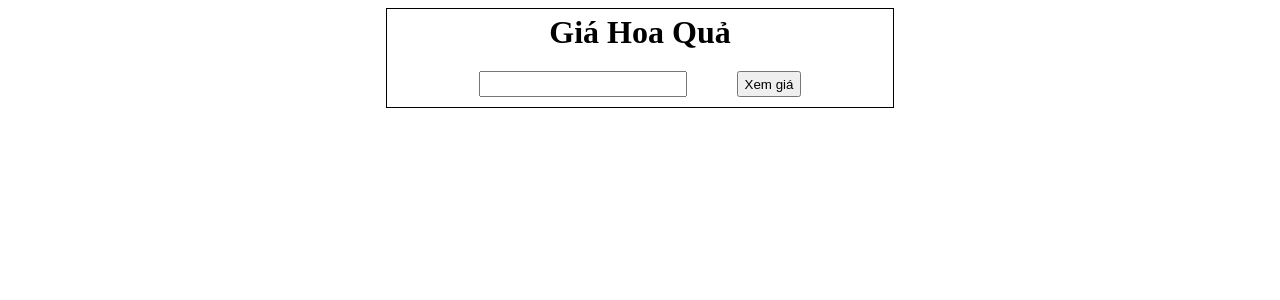
Repository: tungts3qb/BTCodeGym
Page: giahoaqua.html
The author's editor kept a copy of each file at every save. The page is drawn from the files as they stood at one save, then again after the next save.
The browser window is 1280 px wide. The pictures show the whole page.

Above is the page before, as saved 2023-01-04 11:43:57.

After the next save:
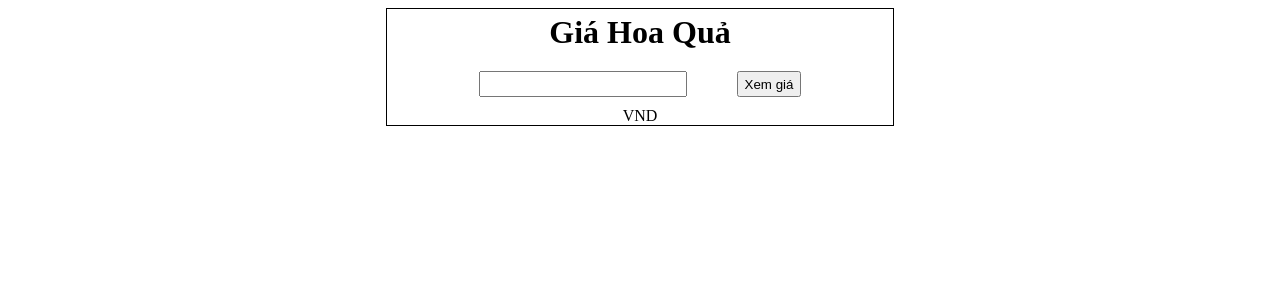
Saved 68 s later.
--- a/giahoaqua.html
+++ b/giahoaqua.html
@@ -43,6 +43,9 @@
         <input type="text" name="" id="price" />
         <button class="check-price">Xem giá</button>
       </div>
+      <div class="result">
+        <span>VND</span>
+      </div>
     </div>
     <script>
       let input = document.getElementById("price");
